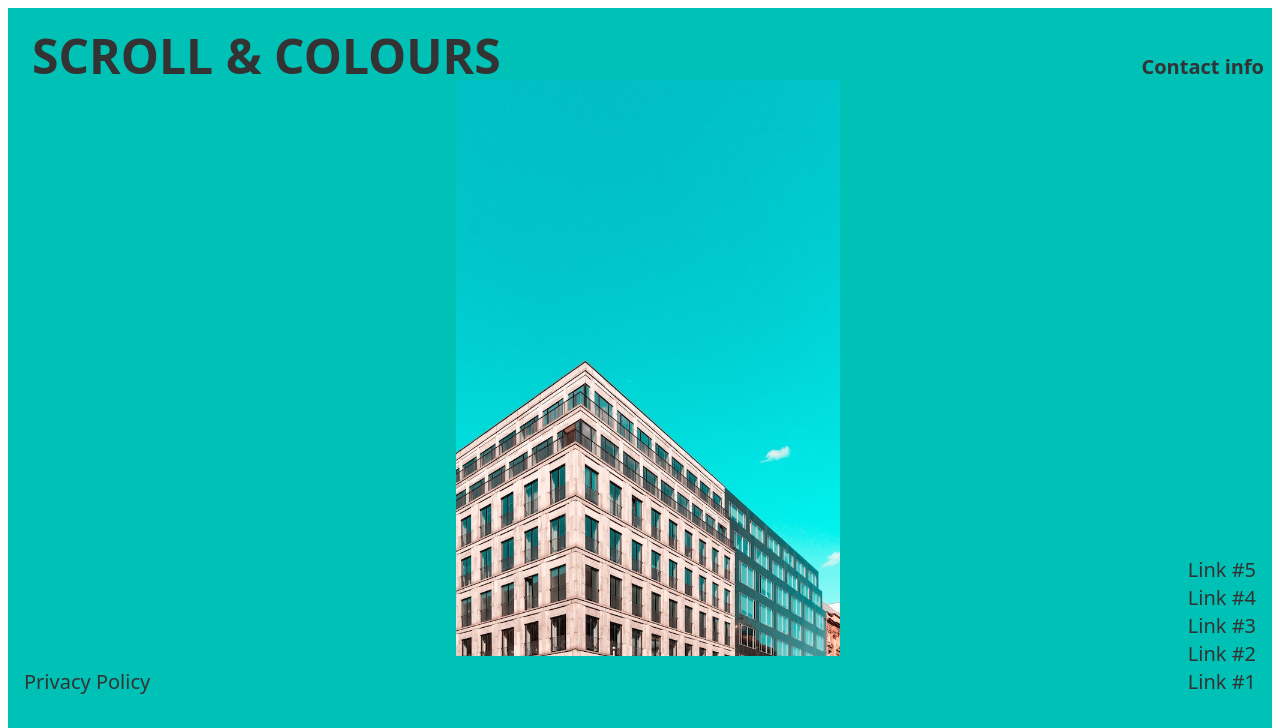
Repository: chelle-c/smooth-scroll-colours
Page: /
These files come from the project's save history. The page is drawn as it stood at one moment and after the next save; the edit follows.
The browser window is 1280 px wide. The pictures show the whole page.
An inner scrolling area shows only its first screen. The project was rebuilt for these pictures with package versions that can differ from the ones it lists, and the page was loaded fresh each time. Imported but missing from the stored project, and not drawn on this page: images.

Above is the page before, as saved 2022-09-21 22:22:07.

After the next save:
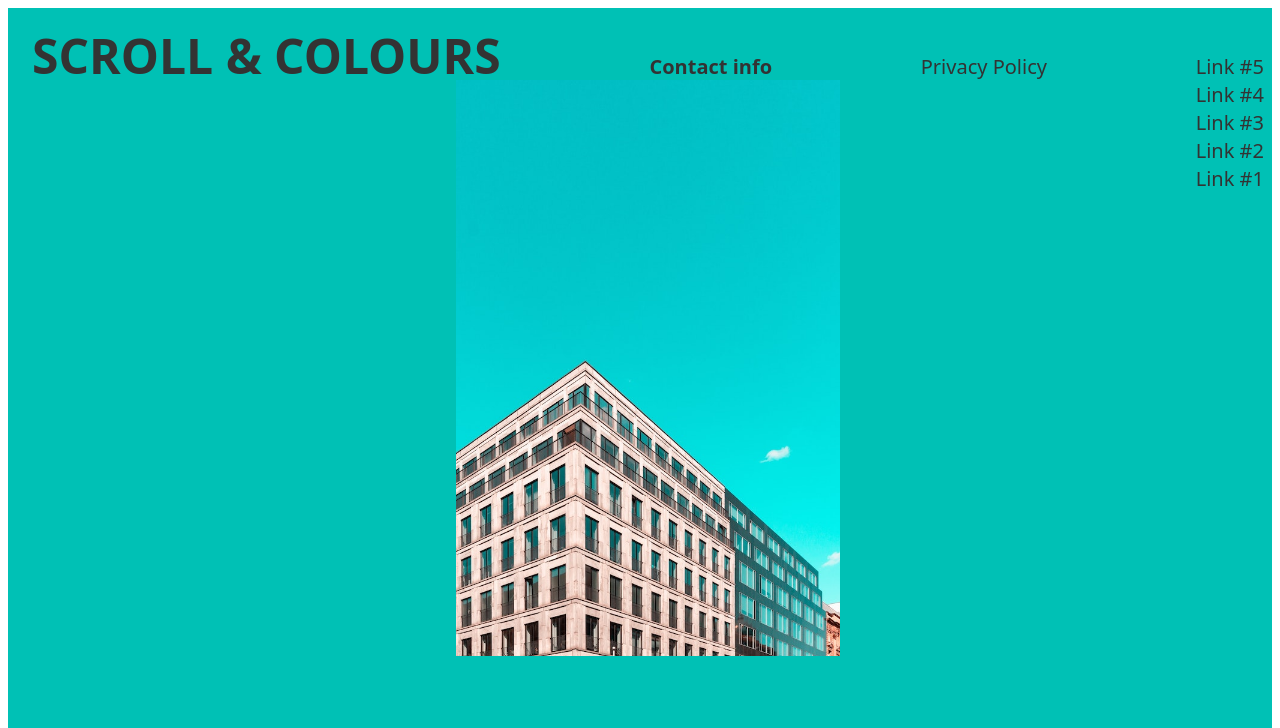
Saved 95 s later.
--- a/src/App.svelte
+++ b/src/App.svelte
@@ -20,13 +20,23 @@
 	class="min-w-full min-h-screen flex flex-col scrollsnap-container"
 	bind:this={box}
 >
-	<div class="min-w-full p-6 flex flex-row justify-between items-baseline z-10 fixed">
+	<div class="min-w-full p-6 flex flex-row justify-between items-baseline z-10 fixed pointer-events-none">
 		<div>
-			<h1 class="font-sans font-bold text-5xl uppercase">
+			<h1 class="font-sans font-bold text-5xl pointer-events-auto uppercase">
 				Scroll & Colours
 			</h1>
 		</div>
-		<div class="font-sans font-bold text-xl">Contact info</div>
+		<div class="font-sans font-bold text-xl pointer-events-auto">Contact info</div>
+		<div class="font-sans text-xl pointer-events-auto">Privacy Policy</div>
+		<div class="font-sans text-xl pointer-events-auto">
+			<ul>
+				<li><a href="#section5">Link #5</a></li>
+				<li><a href="#section4">Link #4</a></li>
+				<li><a href="#section3">Link #3</a></li>
+				<li><a href="#section2">Link #2</a></li>
+				<li><a href="#section1">Link #1</a></li>
+			</ul>
+		</div>
 	</div>
 	<section class="flex min-w-full min-h-screen justify-center items-center transition-colors" id="section5">
 		<div>
@@ -77,18 +87,6 @@
 			/>
 		</div>
 	</section>
-	<div class="min-w-full p-6 flex flex-row justify-between items-end z-10 fixed bottom-0 left-0 pointer-events-none">
-		<div class="font-sans text-xl pointer-events-auto">Privacy Policy</div>
-		<div class="font-sans text-xl pointer-events-auto">
-			<ul>
-				<li><a href="#section5">Link #5</a></li>
-				<li><a href="#section4">Link #4</a></li>
-				<li><a href="#section3">Link #3</a></li>
-				<li><a href="#section2">Link #2</a></li>
-				<li><a href="#section1">Link #1</a></li>
-			</ul>
-		</div>
-	</div>
 </main>
 
 <style global lang="postcss">
